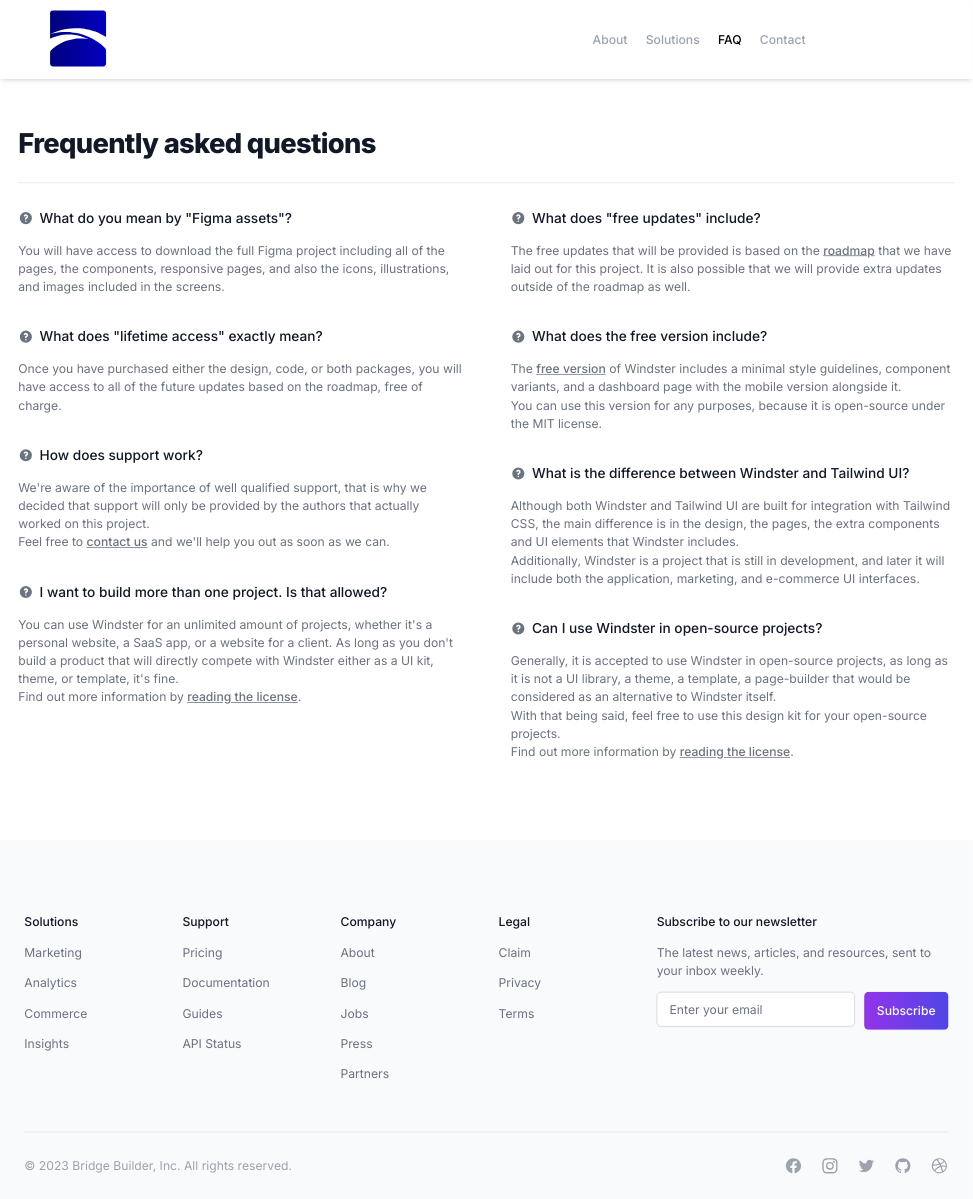
Repository: BridgeBuilderUser/bridge-builder
Page: /faq
These files come from the project's save history. The page is drawn as it stood at one moment and after the next save; the edit follows.
The browser window is 1280 px wide. The pictures show the whole page, at 76% of full size.
The project was rebuilt for these pictures with package versions that can differ from the ones it lists, and the page was loaded fresh each time. The framework's server and built-in components were replaced by stand-ins that run in the browser. Also part of the build but not shown: next.config.js.

Above is the page before, as saved 2023-09-11 01:44:39.

### src/app/layout.tsx
import "./globals.css";
import type { Metadata } from "next";
import { Inter } from "next/font/google";
import { AppProvider } from "@/AppProvider";
import Navigation from "@/Navigation";
import Footer from "@/Footer";

const inter = Inter({ subsets: ["latin"] });

export const metadata: Metadata = {
  title: "Create Next App",
  description: "Generated by create next app",
};

export default function RootLayout({
  children,
}: {
  children: React.ReactNode;
}) {
  return (
    <html lang="en">
      <body className={inter.className}>
        <AppProvider>
          <div className="bg-white">
            <Navigation />
            {children}
            <Footer />
          </div>
        </AppProvider>
      </body>
    </html>
  );
}

### src/app/faq/page.tsx
export default function Page() {
  return (
    <section className="bg-white dark:bg-gray-900">
      <div className="py-8 px-4 mx-auto max-w-screen-xl sm:py-16 lg:px-6">
        <h2 className="mb-8 text-4xl tracking-tight font-extrabold text-gray-900 dark:text-white">
          Frequently asked questions
        </h2>
        <div className="grid pt-8 text-left border-t border-gray-200 md:gap-16 dark:border-gray-700 md:grid-cols-2">
          <div>
            <div className="mb-10">
              <h3 className="flex items-center mb-4 text-lg font-medium text-gray-900 dark:text-white">
                <svg
                  className="flex-shrink-0 mr-2 w-5 h-5 text-gray-500 dark:text-gray-400"
                  fill="currentColor"
                  viewBox="0 0 20 20"
                  xmlns="http://www.w3.org/2000/svg"
                >
                  <path
                    fill-rule="evenodd"
                    d="M18 10a8 8 0 11-16 0 8 8 0 0116 0zm-8-3a1 1 0 00-.867.5 1 1 0 11-1.731-1A3 3 0 0113 8a3.001 3.001 0 01-2 2.83V11a1 1 0 11-2 0v-1a1 1 0 011-1 1 1 0 100-2zm0 8a1 1 0 100-2 1 1 0 000 2z"
                    clip-rule="evenodd"
                  ></path>
                </svg>
                What do you mean by "Figma assets"?
              </h3>
              <p className="text-gray-500 dark:text-gray-400">
                You will have access to download the full Figma project
                including all of the pages, the components, responsive pages,
                and also the icons, illustrations, and images included in the
                screens.
              </p>
            </div>
            <div className="mb-10">
              <h3 className="flex items-center mb-4 text-lg font-medium text-gray-900 dark:text-white">
                <svg
                  className="flex-shrink-0 mr-2 w-5 h-5 text-gray-500 dark:text-gray-400"
                  fill="currentColor"
                  viewBox="0 0 20 20"
                  xmlns="http://www.w3.org/2000/svg"
                >
                  <path
                    fill-rule="evenodd"
                    d="M18 10a8 8 0 11-16 0 8 8 0 0116 0zm-8-3a1 1 0 00-.867.5 1 1 0 11-1.731-1A3 3 0 0113 8a3.001 3.001 0 01-2 2.83V11a1 1 0 11-2 0v-1a1 1 0 011-1 1 1 0 100-2zm0 8a1 1 0 100-2 1 1 0 000 2z"
                    clip-rule="evenodd"
                  ></path>
                </svg>
                What does "lifetime access" exactly mean?
              </h3>
              <p className="text-gray-500 dark:text-gray-400">
                Once you have purchased either the design, code, or both
                packages, you will have access to all of the future updates
                based on the roadmap, free of charge.
              </p>
            </div>
            <div className="mb-10">
              <h3 className="flex items-center mb-4 text-lg font-medium text-gray-900 dark:text-white">
                <svg
                  className="flex-shrink-0 mr-2 w-5 h-5 text-gray-500 dark:text-gray-400"
                  fill="currentColor"
                  viewBox="0 0 20 20"
                  xmlns="http://www.w3.org/2000/svg"
                >
                  <path
                    fill-rule="evenodd"
                    d="M18 10a8 8 0 11-16 0 8 8 0 0116 0zm-8-3a1 1 0 00-.867.5 1 1 0 11-1.731-1A3 3 0 0113 8a3.001 3.001 0 01-2 2.83V11a1 1 0 11-2 0v-1a1 1 0 011-1 1 1 0 100-2zm0 8a1 1 0 100-2 1 1 0 000 2z"
                    clip-rule="evenodd"
                  ></path>
                </svg>
                How does support work?
              </h3>
              <p className="text-gray-500 dark:text-gray-400">
                We're aware of the importance of well qualified support, that is
                why we decided that support will only be provided by the authors
                that actually worked on this project.
              </p>
              <p className="text-gray-500 dark:text-gray-400">
                Feel free to{" "}
                <a
                  href="#"
                  className="font-medium underline text-primary-600 dark:text-primary-500 hover:no-underline"
                  target="_blank"
                  rel="noreferrer"
                >
                  contact us
                </a>{" "}
                and we'll help you out as soon as we can.
              </p>
            </div>
            <div className="mb-10">
              <h3 className="flex items-center mb-4 text-lg font-medium text-gray-900 dark:text-white">
                <svg
                  className="flex-shrink-0 mr-2 w-5 h-5 text-gray-500 dark:text-gray-400"
                  fill="currentColor"
                  viewBox="0 0 20 20"
                  xmlns="http://www.w3.org/2000/svg"
                >
                  <path
                    fill-rule="evenodd"
                    d="M18 10a8 8 0 11-16 0 8 8 0 0116 0zm-8-3a1 1 0 00-.867.5 1 1 0 11-1.731-1A3 3 0 0113 8a3.001 3.001 0 01-2 2.83V11a1 1 0 11-2 0v-1a1 1 0 011-1 1 1 0 100-2zm0 8a1 1 0 100-2 1 1 0 000 2z"
                    clip-rule="evenodd"
                  ></path>
                </svg>
                I want to build more than one project. Is that allowed?
              </h3>
              <p className="text-gray-500 dark:text-gray-400">
                You can use Windster for an unlimited amount of projects,
                whether it's a personal website, a SaaS app, or a website for a
                client. As long as you don't build a product that will directly
                compete with Windster either as a UI kit, theme, or template,
                it's fine.
              </p>
              <p className="text-gray-500 dark:text-gray-400">
                Find out more information by{" "}
                <a
                  href="#"
                  className="font-medium underline text-primary-600 dark:text-primary-500 hover:no-underline"
                >
                  reading the license
                </a>
                .
              </p>
            </div>
          </div>
          <div>
            <div className="mb-10">
              <h3 className="flex items-center mb-4 text-lg font-medium text-gray-900 dark:text-white">
                <svg
                  className="flex-shrink-0 mr-2 w-5 h-5 text-gray-500 dark:text-gray-400"
                  fill="currentColor"
                  viewBox="0 0 20 20"
                  xmlns="http://www.w3.org/2000/svg"
                >
                  <path
                    fill-rule="evenodd"
                    d="M18 10a8 8 0 11-16 0 8 8 0 0116 0zm-8-3a1 1 0 00-.867.5 1 1 0 11-1.731-1A3 3 0 0113 8a3.001 3.001 0 01-2 2.83V11a1 1 0 11-2 0v-1a1 1 0 011-1 1 1 0 100-2zm0 8a1 1 0 100-2 1 1 0 000 2z"
                    clip-rule="evenodd"
                  ></path>
                </svg>
                What does "free updates" include?
              </h3>
              <p className="text-gray-500 dark:text-gray-400">
                The free updates that will be provided is based on the{" "}
                <a
                  href="#"
                  className="font-medium underline text-primary-600 dark:text-primary-500 hover:no-underline"
                >
                  roadmap
                </a>{" "}
                that we have laid out for this project. It is also possible that
                we will provide extra updates outside of the roadmap as well.
              </p>
            </div>
            <div className="mb-10">
              <h3 className="flex items-center mb-4 text-lg font-medium text-gray-900 dark:text-white">
                <svg
                  className="flex-shrink-0 mr-2 w-5 h-5 text-gray-500 dark:text-gray-400"
                  fill="currentColor"
                  viewBox="0 0 20 20"
                  xmlns="http://www.w3.org/2000/svg"
                >
                  <path
                    fill-rule="evenodd"
                    d="M18 10a8 8 0 11-16 0 8 8 0 0116 0zm-8-3a1 1 0 00-.867.5 1 1 0 11-1.731-1A3 3 0 0113 8a3.001 3.001 0 01-2 2.83V11a1 1 0 11-2 0v-1a1 1 0 011-1 1 1 0 100-2zm0 8a1 1 0 100-2 1 1 0 000 2z"
                    clip-rule="evenodd"
                  ></path>
                </svg>
                What does the free version include?
              </h3>
              <p className="text-gray-500 dark:text-gray-400">
                The{" "}
                <a
                  href="#"
                  className="font-medium underline text-primary-600 dark:text-primary-500 hover:no-underline"
                >
                  free version
                </a>{" "}
                of Windster includes a minimal style guidelines, component
                variants, and a dashboard page with the mobile version alongside
                it.
              </p>
              <p className="text-gray-500 dark:text-gray-400">
                You can use this version for any purposes, because it is
                open-source under the MIT license.
              </p>
            </div>
            <div className="mb-10">
              <h3 className="flex items-center mb-4 text-lg font-medium text-gray-900 dark:text-white">
                <svg
                  className="flex-shrink-0 mr-2 w-5 h-5 text-gray-500 dark:text-gray-400"
                  fill="currentColor"
                  viewBox="0 0 20 20"
                  xmlns="http://www.w3.org/2000/svg"
                >
                  <path
                    fill-rule="evenodd"
                    d="M18 10a8 8 0 11-16 0 8 8 0 0116 0zm-8-3a1 1 0 00-.867.5 1 1 0 11-1.731-1A3 3 0 0113 8a3.001 3.001 0 01-2 2.83V11a1 1 0 11-2 0v-1a1 1 0 011-1 1 1 0 100-2zm0 8a1 1 0 100-2 1 1 0 000 2z"
                    clip-rule="evenodd"
                  ></path>
                </svg>
                What is the difference between Windster and Tailwind UI?
              </h3>
              <p className="text-gray-500 dark:text-gray-400">
                Although both Windster and Tailwind UI are built for integration
                with Tailwind CSS, the main difference is in the design, the
                pages, the extra components and UI elements that Windster
                includes.
              </p>
              <p className="text-gray-500 dark:text-gray-400">
                Additionally, Windster is a project that is still in
                development, and later it will include both the application,
                marketing, and e-commerce UI interfaces.
              </p>
            </div>
            <div className="mb-10">
              <h3 className="flex items-center mb-4 text-lg font-medium text-gray-900 dark:text-white">
                <svg
                  className="flex-shrink-0 mr-2 w-5 h-5 text-gray-500 dark:text-gray-400"
                  fill="currentColor"
                  viewBox="0 0 20 20"
                  xmlns="http://www.w3.org/2000/svg"
                >
                  <path
                    fill-rule="evenodd"
                    d="M18 10a8 8 0 11-16 0 8 8 0 0116 0zm-8-3a1 1 0 00-.867.5 1 1 0 11-1.731-1A3 3 0 0113 8a3.001 3.001 0 01-2 2.83V11a1 1 0 11-2 0v-1a1 1 0 011-1 1 1 0 100-2zm0 8a1 1 0 100-2 1 1 0 000 2z"
                    clip-rule="evenodd"
                  ></path>
                </svg>
                Can I use Windster in open-source projects?
              </h3>
              <p className="text-gray-500 dark:text-gray-400">
                Generally, it is accepted to use Windster in open-source
                projects, as long as it is not a UI library, a theme, a
                template, a page-builder that would be considered as an
                alternative to Windster itself.
              </p>
              <p className="text-gray-500 dark:text-gray-400">
                With that being said, feel free to use this design kit for your
                open-source projects.
              </p>
              <p className="text-gray-500 dark:text-gray-400">
                Find out more information by{" "}
                <a
                  href="#"
                  className="font-medium underline text-primary-600 dark:text-primary-500 hover:no-underline"
                >
                  reading the license
                </a>
                .
              </p>
            </div>
          </div>
        </div>
      </div>
    </section>
  );
}

### src/app/globals.css
@tailwind base;
@tailwind components;
@tailwind utilities;

:root {
  --foreground-rgb: 0, 0, 0;
  --background-start-rgb: 214, 219, 220;
  --background-end-rgb: 255, 255, 255;
}

@media (prefers-color-scheme: dark) {
  :root {
    --foreground-rgb: 255, 255, 255;
    --background-start-rgb: 0, 0, 0;
    --background-end-rgb: 0, 0, 0;
  }
}

body {
  color: rgb(var(--foreground-rgb));
  background: linear-gradient(
      to bottom,
      transparent,
      rgb(var(--background-end-rgb))
    )
    rgb(var(--background-start-rgb));
}


input {
  @apply bg-gray-300 rounded-xl p-1 text-black h-[46px] w-full;
}

.hero {
  background-color: hsl(206, 27%, 38%);
  background-blend-mode: multiply;
}

### src/app/components/AppProvider.tsx
import { ThemeProvider } from "@/store/Theme";

export function AppProvider({ children }: { children: React.ReactNode }) {
  return (
    <ThemeProvider>
      {children}
    </ThemeProvider>
  );
}

### src/app/components/Navigation.tsx
"use client";
import { Popover, Transition } from "@headlessui/react";
import { Fragment } from "react";
import { classNames } from "@/lib/functions";
import {
  ChevronDownIcon,
  Bars3Icon,
  ChatBubbleBottomCenterTextIcon,
  ChatBubbleLeftRightIcon,
  InboxIcon,
  QuestionMarkCircleIcon,
  XMarkIcon,
} from "@heroicons/react/24/outline";

import Logo from "./Logo";

import { NavLink } from "./NavLink";

export default function Navigation() {
  const links = [
    { name: "About", href: "/about" },
    {
      name: "Solutions",
      href: "/solutions",
      dropdown: [
        {
          name: "Inbox",
          description:
            "Get a better understanding of where your traffic is coming from.",
          href: "#",
          icon: InboxIcon,
        },
        {
          name: "Messaging",
          description:
            "Speak directly to your customers in a more meaningful way.",
          href: "#",
          icon: ChatBubbleBottomCenterTextIcon,
        },
        {
          name: "Live Chat",
          description: "Your customers' data will be safe and secure.",
          href: "#",
          icon: ChatBubbleLeftRightIcon,
        },
        {
          name: "Knowledge Base",
          description:
            "Connect with third-party tools that you're already using.",
          href: "#",
          icon: QuestionMarkCircleIcon,
        },
      ],
    },
    // { name: "Blog", href: "#" },
    { name: "FAQ", href: "/faq" },
    { name: "Contact", href: "/contact" },
  ];
  return (
    <header className="flex items-center justify-center p-3 sticky top-0 z-50 bg-white shadow-md w-full">
      <div className="flex w-full max-w-[90vw]">
        <div className="w-1/6">
          <Logo size="w-[80px]" />
        </div>
        <nav className=" w-full flex items-center justify-end">
          <ul className="flex items-center justify-end">
            {links.map((link) => (
              <li key={link.name}>
                <NavLink {...link} />
              </li>
            ))}
          </ul>
        </nav>
        <div className="w-1/6"></div>
      </div>
    </header>
  );
}

### src/store/Theme.tsx
"use client";
import { createContext, useReducer, useContext } from "react";

export const ThemeContext = createContext();

const themes = {
    LIGHT: "light",
    DARK: "dark",
};
// Initial state
const initialState = {
    theme: themes.LIGHT,
    companyName: "Bridge Builder",
    description: "Bridge Builder is a one-stop-shop for companies who need help building, managing & opertaing their Salesforce Database, Marketing Automation, and other business systems.",
};

// Action creators
export function setTheme(theme:string) {
  return { type: SET_THEME, theme };
}

// Action types
export const SET_THEME = "SET_THEME";

// Reducer
export function themeReducer(state, action) {
  switch (action.type) {
    case SET_THEME:
        return { ...state, theme: action.theme };
    default:
      return state;
  }
}


function ThemeProvider(props:any) {
  const [theme, dispatch] = useReducer(themeReducer, initialState);

  const ThemeData = { theme, dispatch };

    return (
        <ThemeContext.Provider value={ThemeData} {...props}>
            {props.children}
        </ThemeContext.Provider>
    );
}

function useThemeContext() {
  return useContext(ThemeContext);
}

export { ThemeProvider, useThemeContext };

### src/app/components/Logo.tsx
import Link from "next/link";
const Logo = ({ size }: any) => {
  return (
    <Link href="/">
      <svg
        xmlns="http://www.w3.org/2000/svg"
        data-name="Layer 2"
        viewBox="0 0 406 405"
        className={`${size} cursor-pointer`}
      >
        <defs>
          <linearGradient
            id="a"
            x1={8.72}
            x2={383.54}
            y1={195.54}
            y2={195.54}
            gradientUnits="userSpaceOnUse"
          >
            <stop offset={0} stopColor="#00017f" />
            <stop offset={1} stopColor="#0300bf" />
          </linearGradient>
        </defs>
        <path
          d="M8.72 26.98c.38-1.03.87-2.04 1.12-3.1 2.23-9.43 9.59-15.36 19.25-15.36 111.65 0 223.29-.01 334.94 0 11.79 0 19.51 9.16 19.5 19.37-.04 52-.02 104-.02 156v1.78c-1.03.44-1.57-.41-2.22-.79-8.15-4.7-16.24-9.51-24.44-14.11-3.37-1.89-7.08-3.15-10.46-5.02-11.29-6.27-23.25-10.97-35.3-15.5-5.49-2.06-11.04-3.96-16.63-5.71-5.9-1.86-11.88-3.49-17.84-5.16-2.08-.59-4.21-1.03-6.32-1.51-6.12-1.39-12.22-2.89-18.37-4.09-4.97-.97-10.01-1.55-15.02-2.32-3.42-.53-6.82-1.17-10.24-1.65-1.72-.24-3.48-.17-5.21-.36-1.37-.15-2.72-.54-4.09-.7-2.48-.28-4.97-.51-7.46-.7-12.97-.98-25.96-1.34-38.96-1.01-14.25.36-28.45 1.41-42.55 3.49-12.86 1.9-25.65 4.17-38.28 7.32-24.84 6.18-48.81 14.73-71.91 25.75-.52.25-1 .58-1.5.87-.82.35-1.65.71-2.47 1.06l-2.25 1.02c.06.15.13.3.19.45.67-.23 1.34-.45 2.01-.68l4.17-1.29c4.54-1.04 9.05-2.19 13.62-3.09 7.18-1.42 14.37-2.75 21.59-3.96 6.47-1.08 12.96-2.13 19.47-2.84 15.73-1.7 31.52-2.46 47.35-2.16 12.16.23 24.3.92 36.38 2.4 6.09.75 12.17 1.55 18.22 2.51 19.06 3.03 37.75 7.59 56.1 13.58 20.45 6.69 40.19 15.06 59.19 25.16 30.08 16 57.55 35.65 82.34 59.05 4.4 4.15 8.11 8.65 9.62 14.56.75 2.94 1.21 6.04 1.22 9.07.09 27.92 0 55.83.08 83.75.04 11.11-8.92 19.67-19.17 19.48-.75-.01-1.5 0-2.25 0-110.39 0-220.78 0-331.18-.02-2.1 0-4.2 0-6.32-.14-1.21-.09-1.96-.73-2.88-1.12-7.25-3.01-11.34-8.45-12.14-16.3-.02-.16-.08-.32-.12-.48.04-.74.11-1.49.11-2.23v-69.31c0-.66-.05-1.33-.08-1.99.07-.58.06-1.17.21-1.73.82-3.19 1.23-6.59 2.63-9.51 1.56-3.23 3.86-6.16 6.66-8.58 1.92-1.66 3.8-3.39 5.72-5.05 21.21-18.31 44.55-33.29 70.09-44.84 9.75-4.41 19.68-8.35 29.89-11.58 15.23-4.82 30.65-8.86 46.56-10.73 4.98-.59 9.93-1.47 14.92-1.98 5.13-.52 10.28-.82 15.43-1.1 15.08-.82 30.11-.2 45.11 1.5 2.45.28 4.88.78 7.33 1.11 2.54.34 5.09.6 7.64.9l2.33.51c.04-.19.07-.37.11-.56-.83-.27-1.66-.54-2.49-.82-3.11-1.5-6.17-3.07-9.32-4.47-12.19-5.41-24.71-9.9-37.52-13.59-16.39-4.71-33.08-7.83-50.04-9.52-6.38-.64-12.78-1.17-19.18-1.35-14.65-.42-29.28-.29-43.83 1.89-4.51.67-9.08.95-13.57 1.67-11.51 1.86-22.86 4.45-34.07 7.67-14.56 4.18-28.6 9.72-42.42 15.86-.15.11-.3.21-.45.32-.33.19-.65.42-1 .55-.19.07-.44-.02-.67-.03 0-.42.02-.83.02-1.25V30.52c0-.67-.03-1.33-.05-2 .32-.83-.08-1.08-.84-1.07v-.5Z"
          data-name="Layer 1"
          style={{
            fill: "url(#a)",
            filter: "url(#drop-shadow-1)",
          }}
        />
      </svg>
    </Link>
  );
};

export default Logo;

### src/app/components/NavLink.tsx
"use client";
import { motion } from "framer-motion";
import Link from "next/link";
import { classNames } from "@/lib/functions";
import { PopOver } from "./PopOver";
import { useCurrentUrl } from "@/hooks/useCurrentUrl";

interface NavLinkProps {
  name: string;
  href: string;
  current?: boolean;
  dropdown?: any;
}

export function NavLink({ ...link }: NavLinkProps) {
    const isCurrent = useCurrentUrl(link.href);
  const linkElement = (
    <motion.div
      whileHover={{ scale: 1.1 }}
      whileTap={{ scale: 0.9 }}
      className="nav-link"
    >
      <Link
        href={link.href}
        className={classNames(
          "block px-3 py-2 font-medium",
            isCurrent
            ? "font-bold text-black"
            : "text-gray-400",
        )}
        aria-current={link.current ? "page" : undefined}
      >
        {link.name}
      </Link>
    </motion.div>
  );


  return <>{linkElement}</>;
}

### src/lib/functions.ts
export function classNames(...classes) {
    return classes.filter(Boolean).join(" ");
  }

### src/hooks/useCurrentUrl.ts
"use client"
import { usePathname } from 'next/navigation'
export const useCurrentUrl = (link:string) => {

    const pathname = usePathname()

    return pathname === link
}

### src/app/components/BasePage.tsx



const Hero = ({ children }: { children: React.ReactNode }) => {

    return (
        <div className="mt-10">
            {children}
        </div>
    )
}
export function BasePage({ children }: { children: React.ReactNode }) {

    return (
        <main className="isolate bg-white">
            <Hero>
                {children}
            </Hero>
        </main>
    );
}

BasePage.Hero = Hero;

Loaded but not shown: tailwind.config.ts (common file); src/app/components/Footer.tsx (203 lines, source omitted)

After the next save:
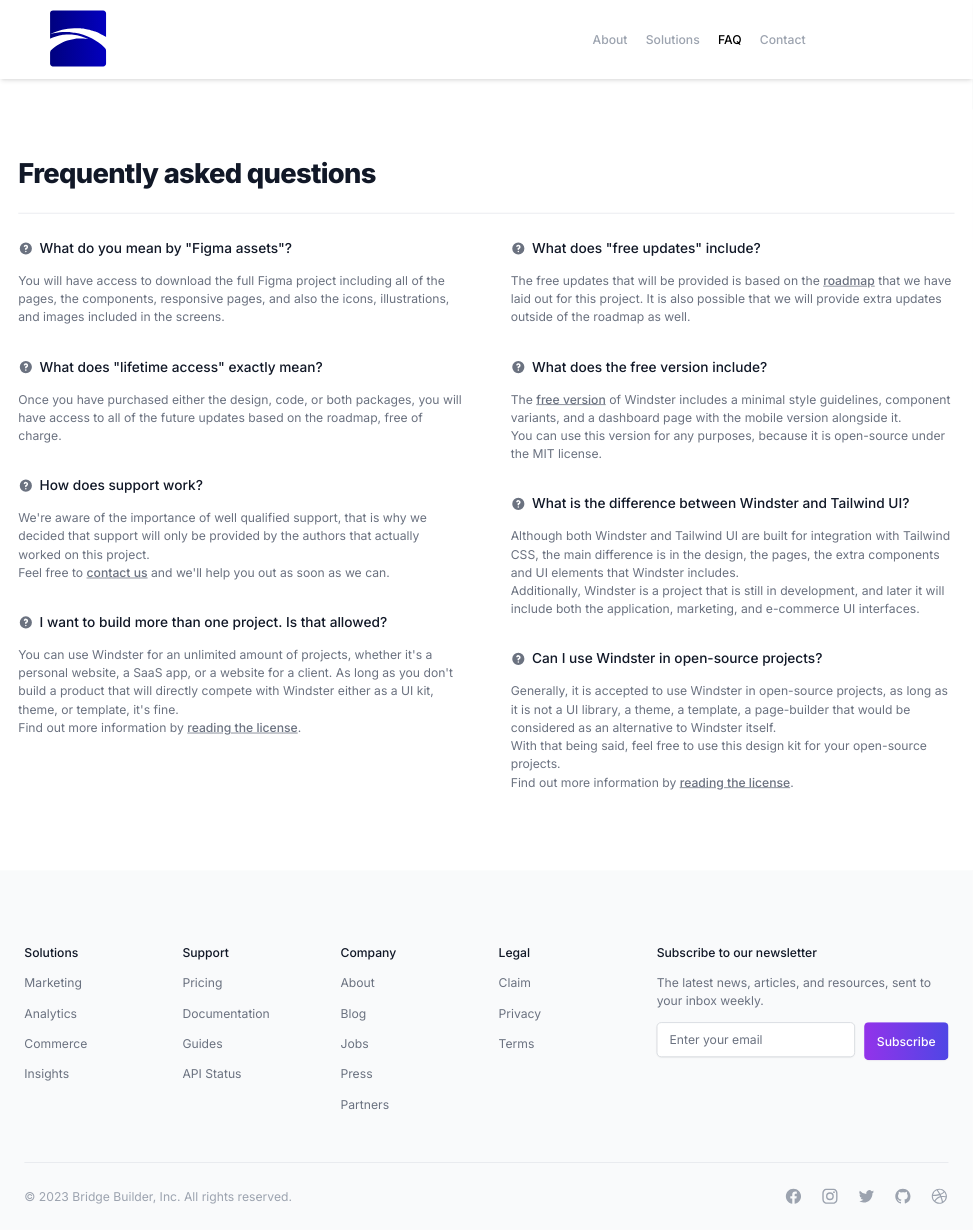
Saved 65 s later.
--- a/src/app/faq/page.tsx
+++ b/src/app/faq/page.tsx
@@ -1,6 +1,8 @@
+import {BasePage} from '@/BasePage'
+
 export default function Page() {
   return (
-    <section className="bg-white dark:bg-gray-900">
+    <BasePage>
       <div className="py-8 px-4 mx-auto max-w-screen-xl sm:py-16 lg:px-6">
         <h2 className="mb-8 text-4xl tracking-tight font-extrabold text-gray-900 dark:text-white">
           Frequently asked questions
@@ -251,6 +253,6 @@ export default function Page() {
           </div>
         </div>
       </div>
-    </section>
+    </BasePage>
   );
 }
